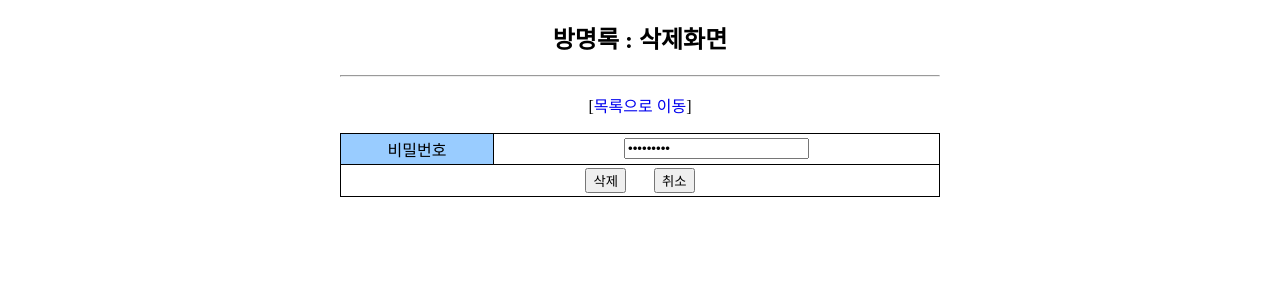
Repository: hagjun/jspstudy
Page: http://localhost/01_servlet/guestbook/delete.jsp
An editor plug-in stored every save of this project. The page is shown before and after the next save, followed by the edit.
The browser window is 1280 px wide. The pictures show the whole page.
Empty fields were first filled with sample values (such as "Sample", 5 or name@example.com).
After loading, the first visible `input[onclick="delete_go(this.form)"]` was clicked once.
The page is served by Tomcat 9. Other server files are loaded and not shown.

Above is the page before, as saved 2024-03-08 00:49:03.
Console error: ReferenceError: delete_go is not defined

### 01_servlet/src/main/webapp/guestbook/delete.jsp
<%@ page language="java" contentType="text/html; charset=UTF-8"
    pageEncoding="UTF-8"%>
<!DOCTYPE html>
<html>
<head>
<meta charset="UTF-8">
<title> 방 명 록 </title>

<style type="text/css">
	a { text-decoration: none;}
	table{width: 600px; border-collapse:collapse; text-align: center;}
	table,th,td{border: 1px solid black; padding: 3px}
	div{width: 600px; margin:auto; text-align: center;}
</style>


</head>
<body>
	<div>
		<h2>방명록 : 삭제화면</h2>
		<hr />
		<p>[<a href="/01_servlet/Guest?cmd=list">목록으로 이동</a>]</p>
		<form method="post">
			<table>
				<tr align="center">
					<td bgcolor="#99ccff">비밀번호</td>
					<td><input type="password" name="pwd" size ="20"/></td>
				</tr>

				<tfoot>
					<tr align="center">
						<td colspan="2">

							<input type="button" value="삭제" onclick="delete_go(this.form)" />
							&nbsp;&nbsp;&nbsp;&nbsp;&nbsp;
							<input type="reset" value="취소" />
						</td>
					</tr>
				</tfoot>
			</table>
		</form>
	</div>
</body>
</html>

After the next save:
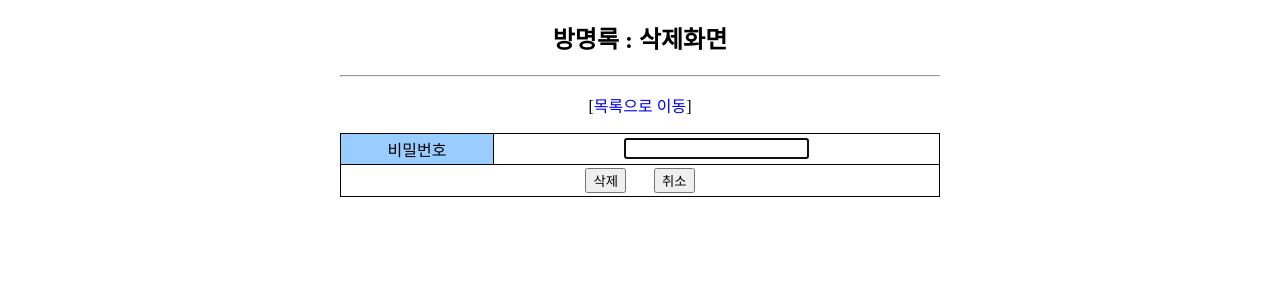
The error is gone.
Saved 5 min 14 s later.
--- a/01_servlet/src/main/webapp/guestbook/delete.jsp
+++ b/01_servlet/src/main/webapp/guestbook/delete.jsp
@@ -12,7 +12,21 @@
 	table,th,td{border: 1px solid black; padding: 3px}
 	div{width: 600px; margin:auto; text-align: center;}
 </style>
-
+<script type="text/javascript">
+	function delete_go(f) {
+		// 가져온 비밀번호
+		const pwd = "${pwd}";
+		const pwd2 = f.pwd.value ;
+		if(pwd === pwd2){
+			const chk = confirm("정말삭제할까요?");
+		} else {
+			alert("비밀번호 틀림");
+			f.pwd.value="";
+			f.pwd.focus();
+			return;
+		}
+	}
+</script>
 
 </head>
 <body>
